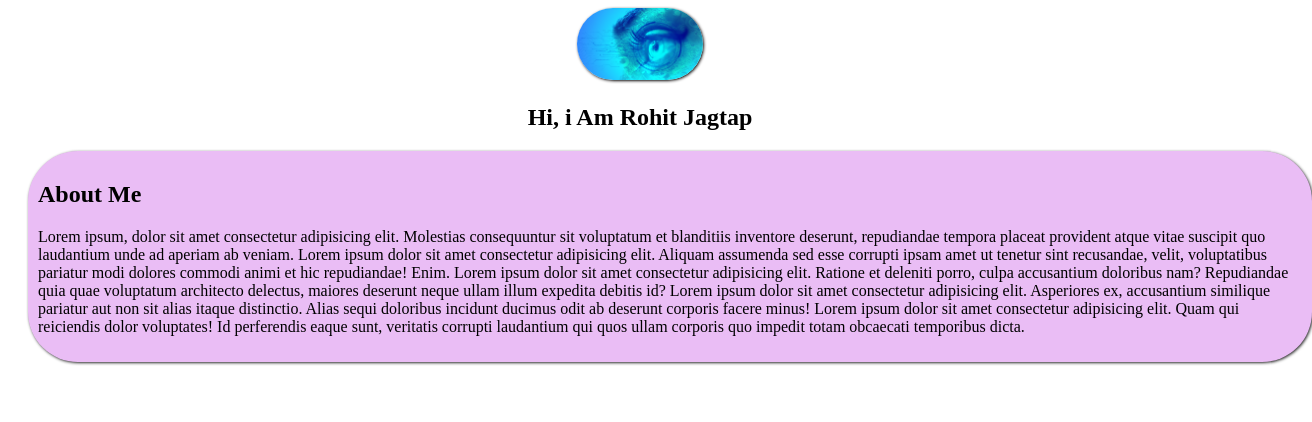
Repository: MintuKrishnan/subrahmanyam-batch
Page: front-end/html/port/about_me.html
An editor plug-in stored every save of this project. The page is shown before and after the next save, followed by the edit.
The browser window is 1280 px wide. The page is 1312 px wide, then 1280 px, so the pictures cover 1312 px, including what lies to the right of the window. The pictures show the whole page.

Above is the page before, as saved 2021-02-26 19:03:26.

After the next save:
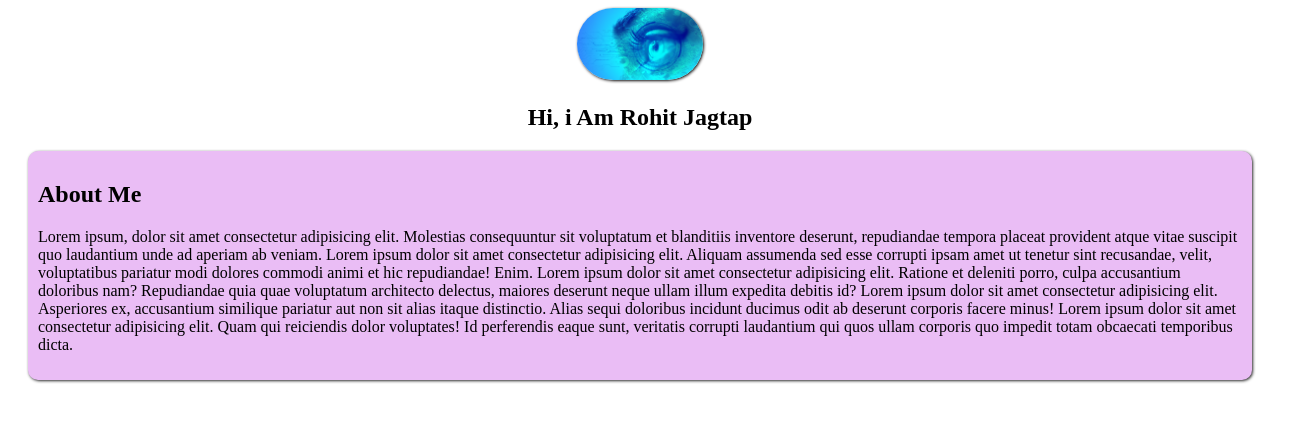
Saved 44 s later.
--- a/front-end/html/port/style.css
+++ b/front-end/html/port/style.css
@@ -5,10 +5,8 @@
 }
 .about {
   padding: 15px;
-  width: 100%;
-  height: 100%;
   background-color: #eabdf5;
-  border-radius: 50px;
+  border-radius: 10px;
   box-shadow: 1px 1px 3px #292929;
 }
 .heading {
